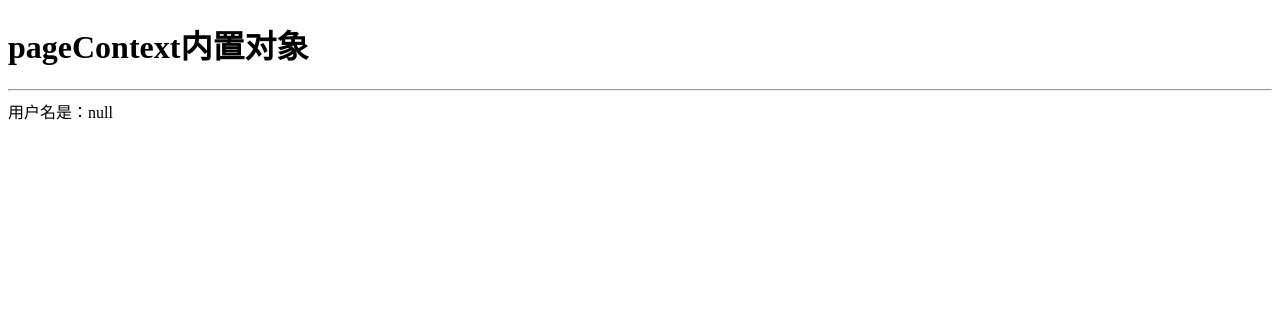
Repository: winxblast/myJavaLearn
Page: http://localhost/JspInnerObjectDemo/pageContext.jsp
The author's editor kept a copy of each file at every save. The page is drawn from the files as they stood at one save, then again after the next save.
The browser window is 1280 px wide. The pictures show the whole page.
The page is served by Tomcat 9.

Above is the page before, as saved 2017-05-29 02:24:32.

After the next save:
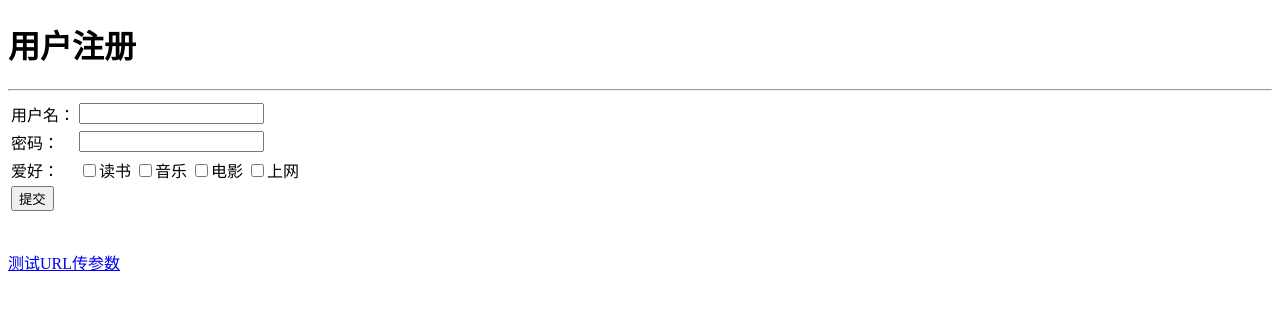
Saved 9 min 15 s later.
--- a/JavaEE/JspInnerObjectDemo/WebContent/pageContext.jsp
+++ b/JavaEE/JspInnerObjectDemo/WebContent/pageContext.jsp
@@ -11,5 +11,9 @@
 	<hr>
 	<!-- 先访问session_page1.jsp页面，再访问这个页面 -->
 	用户名是：<%=pageContext.getSession().getAttribute("username") %><br>
+	<%
+		//跳转到注册页面
+		pageContext.forward("register.jsp");
+	%>
 </body>
 </html>
